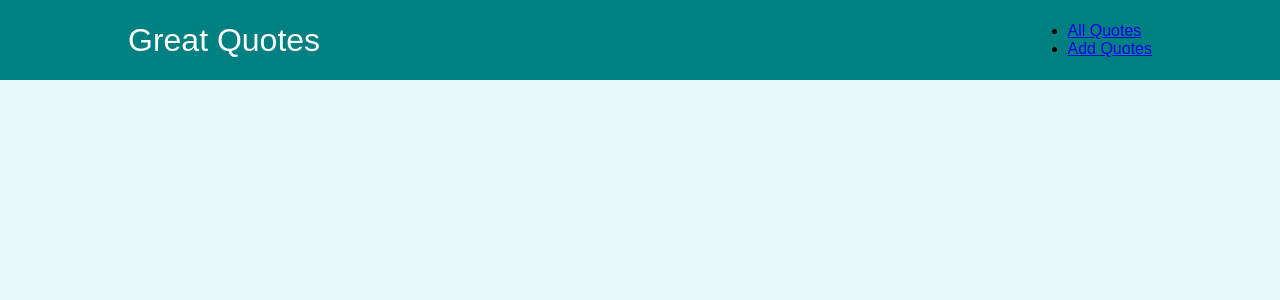
Repository: NamalPathirana/react-router-prac-two-demo
Page: /add-quotes
An editor plug-in stored every save of this project. The page is shown before and after the next save, followed by the edit.
The browser window is 1280 px wide. The pictures show the whole page.
The project was rebuilt for these pictures with package versions that can differ from the ones it lists, and the page was loaded fresh each time.

Above is the page before, as saved 2022-04-17 21:52:37.

After the next save:
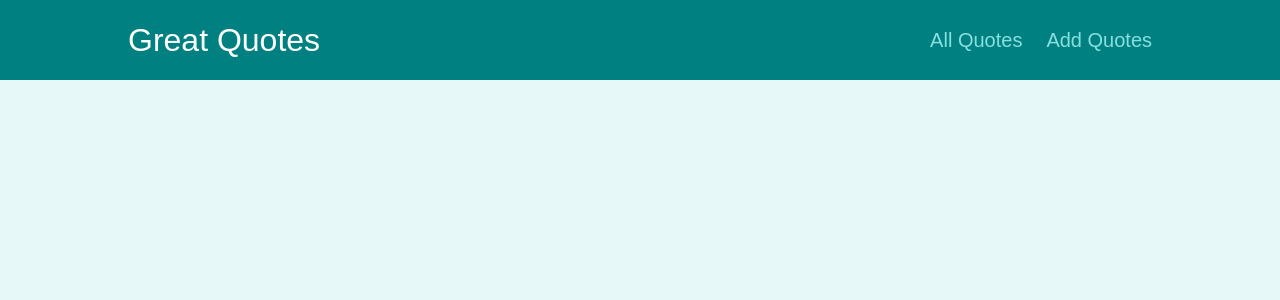
Saved 11 s later.
--- a/src/components/layout/Header.js
+++ b/src/components/layout/Header.js
@@ -5,7 +5,7 @@ const Header = () => {
   return (
     <header className={classes.header}>
       <p className={classes.logo}>Great Quotes</p>
-      <nav>
+      <nav className={classes.nav}>
         <ul>
           <li>
             <NavLink to="">All Quotes</NavLink>
